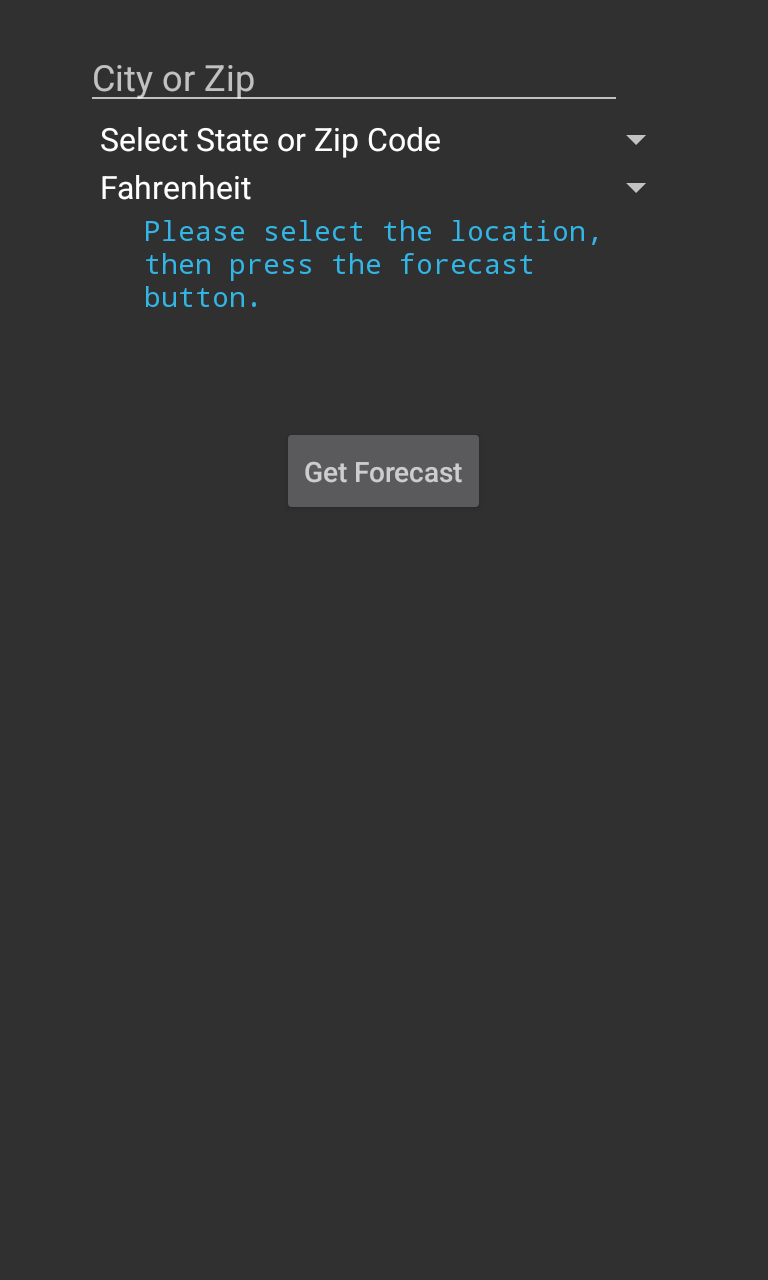
Repository: g80349/Java1
Layout: Week4/Weather/res/layout/activity_main.xml
The author's editor kept a copy of each file at every save. The layout is drawn from the files as they stood at one save, then again after the next save.
It is drawn on a 768 x 1280 px phone screen (xhdpi) without system bars, with theme Theme.AppCompat; the app's code is not run.

Above is the layout before, as saved 2014-04-30 23:20:07.

### Week4/Weather/res/layout/activity_main.xml
<RelativeLayout xmlns:android="http://schemas.android.com/apk/res/android"
    xmlns:tools="http://schemas.android.com/tools"
    android:layout_width="match_parent"
    android:layout_height="match_parent"
    android:paddingBottom="@dimen/activity_vertical_margin"
    android:paddingLeft="@dimen/activity_horizontal_margin"
    android:paddingRight="@dimen/activity_horizontal_margin"
    android:paddingTop="@dimen/activity_vertical_margin"
    tools:context="com.example.weather.MainActivity$PlaceholderFragment" >

    <EditText
        android:id="@+id/edit_city"
        android:layout_width="300dp"
        android:layout_height="wrap_content"
        android:layout_alignLeft="@+id/state"
        android:layout_alignRight="@+id/forecast"
        android:hint="@string/cityText" />

    <Spinner
        android:id="@+id/state"
        android:layout_width="300dp"
        android:layout_height="wrap_content"
        android:layout_below="@+id/edit_city"
        android:layout_centerHorizontal="true"
        android:entries="@array/state_array" />

    <Spinner
        android:id="@+id/measurement"
        android:layout_width="300dp"
        android:layout_height="wrap_content"
        android:layout_alignLeft="@+id/state"
        android:layout_below="@+id/state"
        android:entries="@array/measurement_array" />

    <TextView
        android:id="@+id/forecast"
        android:layout_width="240dp"
        android:layout_height="wrap_content"
        android:layout_below="@+id/measurement"
        android:layout_centerHorizontal="true"
        android:text="@string/forecast_text"
        style="@style/textStyle"/>

    <Button
        android:id="@+id/enter"
        android:layout_width="wrap_content"
        android:layout_height="wrap_content"
        android:layout_below="@+id/forecast"
        android:layout_centerHorizontal="true"
        android:layout_marginTop="54dp"
        android:hint="@string/enter_button"
        android:onClick="onClick"
        android:textColor="#33B5E5"/>

</RelativeLayout>

### Week4/Weather/res/values/strings.xml
<?xml version="1.0" encoding="utf-8"?>
<resources>

    <string name="app_name">Weather</string>
    <string name="forecast_text">Please select the location, then press the forecast button.</string>
    <string name="action_settings">Settings</string>

    <string name="cityText">City or Zip</string>
    <string-array name="state_array">
        <item>Select State or Zip Code</item>
        <item>Zip Code</item>
        <item>AL</item>
        <item>AK</item>
        <item>AZ</item>
        <item>AR</item>
        <item>CA</item>
        <item>CO</item>
        <item>CT</item>
        <item>DE</item>
        <item>FL</item>
        <item>GA</item>
        <item>HI</item>
        <item>ID</item>
        <item>IL</item>
        <item>IN</item>
        <item>IA</item>
        <item>KS</item>
        <item>KY</item>
        <item>LA</item>
        <item>ME</item>
        <item>MD</item>
        <item>MA</item>
        <item>MI</item>
        <item>MN</item>
        <item>MS</item>
        <item>MO</item>
        <item>MT</item>
        <item>NE</item>
        <item>NV</item>
        <item>NH</item>
        <item>NJ</item>
        <item>NM</item>
        <item>NY</item>
        <item>NC</item>
        <item>ND</item>
        <item>OH</item>
        <item>OK</item>
        <item>OR</item>
        <item>PA</item>
        <item>RI</item>
        <item>SC</item>
        <item>SD</item>
        <item>TN</item>
        <item>TX</item>
        <item>UT</item>
        <item>VT</item>
        <item>VA</item>
        <item>WA</item>
        <item>WV</item>
        <item>WI</item>
        <item>WY</item>
    </string-array>
    <string-array name="measurement_array">
        <item>Fahrenheit</item>
        <item>Celcius</item>
    </string-array>

    <string name="enter_button">Get Forecast</string>

</resources>

### Week4/Weather/res/values/styles.xml
<resources>

    <!--
        Base application theme, dependent on API level. This theme is replaced
        by AppBaseTheme from res/values-vXX/styles.xml on newer devices.
    -->
    <style name="AppBaseTheme" parent="Theme.AppCompat.Light">
        <!--
            Theme customizations available in newer API levels can go in
            res/values-vXX/styles.xml, while customizations related to
            backward-compatibility can go here.
        -->
    </style>

    <!-- Application theme. -->
  <!--  <style name="AppTheme" parent="AppBaseTheme">
         All customizations that are NOT specific to a particular API-level can go here. -->
        <style name="textStyle" parent="@style/Theme.AppCompat">
			<item name="android:layout_width">fill_parent</item>
			<item name="android:layout_height">wrap_content</item>
			<item name="android:textColor">#33B5E5</item>
			<item name="android:typeface">monospace</item>
		</style>
    <!--</style>-->

</resources>

Loaded but not shown: Week4/Weather/res/values/dimens.xml (common file); Week4/Weather/res/values-w820dp/dimens.xml (common file)

After the next save:
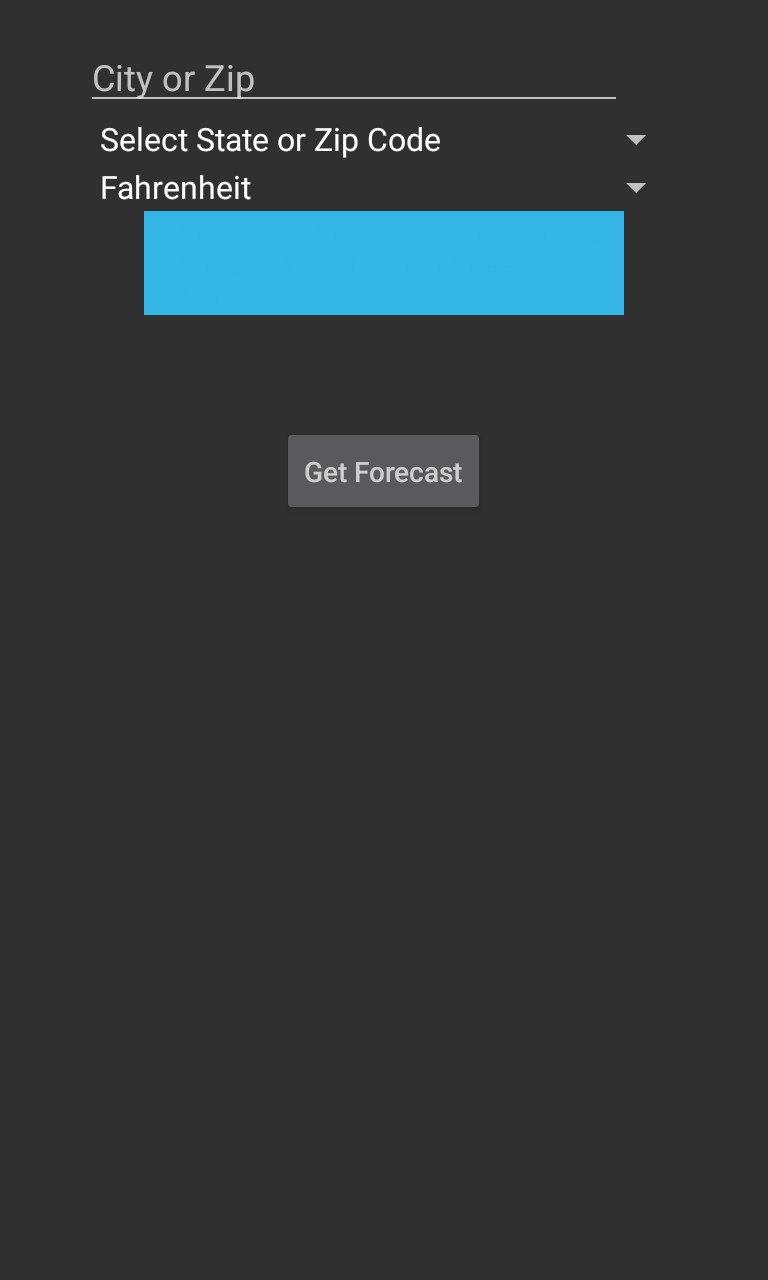
Saved 8 s later.
--- a/Week4/Weather/res/values/styles.xml
+++ b/Week4/Weather/res/values/styles.xml
@@ -20,6 +20,12 @@
 			<item name="android:layout_height">wrap_content</item>
 			<item name="android:textColor">#33B5E5</item>
 			<item name="android:typeface">monospace</item>
+			<style name="buttonStyle" parent="@style/Theme.AppCompat">
+		    <item name="android:layout_width">fill_parent</item>
+			<item name="android:layout_height">wrap_content</item>
+			<item name="android:background">#33B5E5</item>
+			<item name="android:typeface">monospace</item>
+		</style>
 		</style>
     <!--</style>-->
 

After the save that followed:
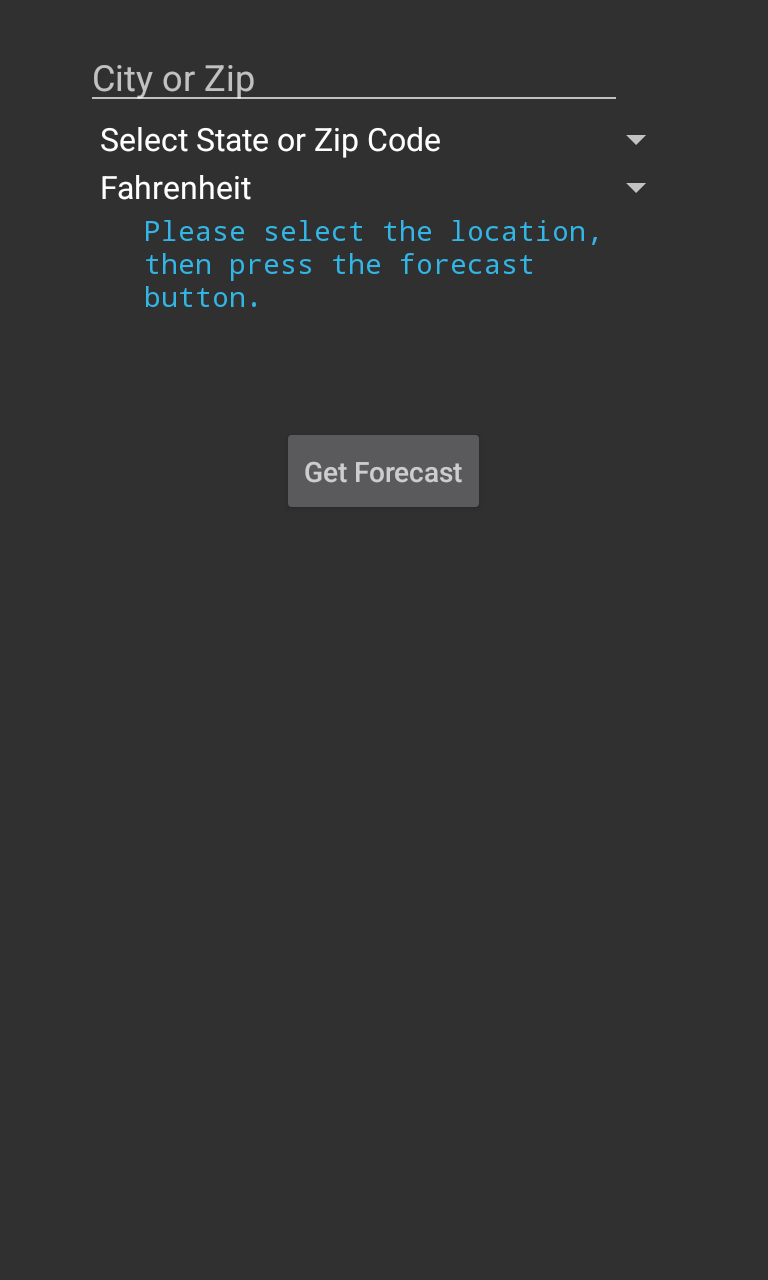
Saved 25 s later.
--- a/Week4/Weather/res/values/styles.xml
+++ b/Week4/Weather/res/values/styles.xml
@@ -20,12 +20,7 @@
 			<item name="android:layout_height">wrap_content</item>
 			<item name="android:textColor">#33B5E5</item>
 			<item name="android:typeface">monospace</item>
-			<style name="buttonStyle" parent="@style/Theme.AppCompat">
-		    <item name="android:layout_width">fill_parent</item>
-			<item name="android:layout_height">wrap_content</item>
-			<item name="android:background">#33B5E5</item>
-			<item name="android:typeface">monospace</item>
-		</style>
+
 		</style>
     <!--</style>-->
 
